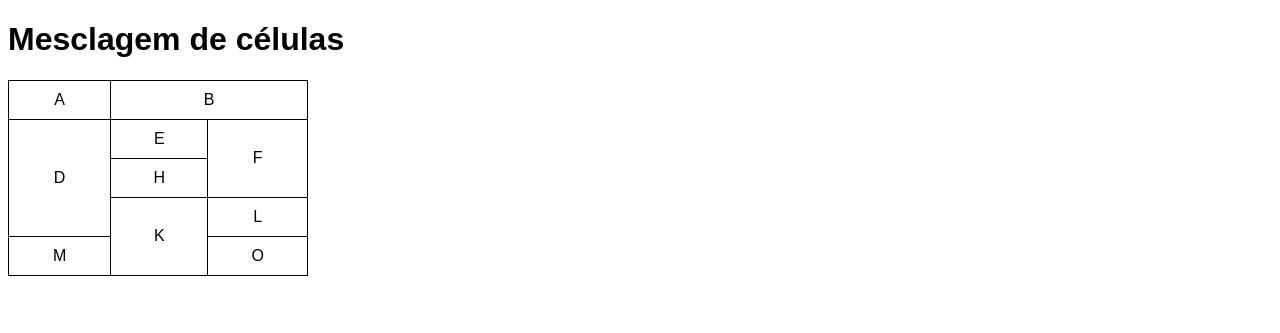
Repository: railsondev/html-css
Page: Módulo3/Exercicios/Ex02 - Tabelas/tabela003.html
The author's editor kept a copy of each file at every save. The page is drawn from the files as they stood at one save, then again after the next save.
The browser window is 1280 px wide. The pictures show the whole page.

Above is the page before, as saved 2024-10-19 21:43:18.

### Módulo3/Exercicios/Ex02 - Tabelas/tabela003.html
<!DOCTYPE html>
<html lang="pt-br">
<head>
  <meta charset="UTF-8">
  <meta name="viewport" content="width=device-width, initial-scale=1.0">
  <title>Tabelas</title>
  <link rel="stylesheet" href="src/css/estilo03.css">
</head>
<body>
  <h1>Mesclagem de células</h1>
  <table>
    <caption>

    </caption>
    <thead>
      <tr>
        <td>A</td>
        <td colspan="2">B</td>
        <!-- <td>C</td> -->
      </tr>
      <tr>
        <td rowspan="3">D</td>
        <td>E</td>
        <td rowspan="2">F</td>
      </tr>
      <tr>
        <!-- <td>G</td> -->
        <td>H</td>
        <!-- <td>I</td> -->
      </tr>
      <tr>
        <!-- <td>J</td> -->
        <td rowspan="2">K</td>
        <td>L</td>
      </tr>
      <tr>
        <td>M</td>
        <!-- <td>N</td> -->
        <td>O</td>
      </tr>
    </thead>
    <tbody>

    </tbody>
    <tfoot>

    </tfoot>
  </table>
</body>
</html>

### Módulo3/Exercicios/Ex02 - Tabelas/src/css/estilo03.css
@charset 'UTF-8';

body {
  font-family: Arial, Helvetica, sans-serif;
}

table {
  border-collapse: collapse;
  width: 300px;
}

td {
  border: 1px solid black;
  padding: 10px;
  text-align: center;
  /* vertical-align: center; */
}

After the next save:
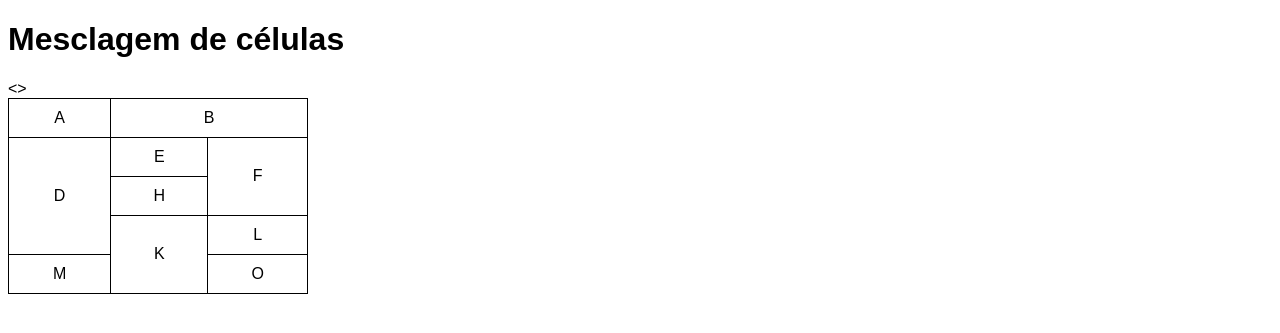
Saved 85 s later.
--- a/Módulo3/Exercicios/Ex02 - Tabelas/tabela003.html
+++ b/Módulo3/Exercicios/Ex02 - Tabelas/tabela003.html
@@ -12,7 +12,7 @@
     <caption>
 
     </caption>
-    <thead>
+    <>
       <tr>
         <td>A</td>
         <td colspan="2">B</td>
@@ -38,13 +38,6 @@
         <!-- <td>N</td> -->
         <td>O</td>
       </tr>
-    </thead>
-    <tbody>
-
-    </tbody>
-    <tfoot>
-
-    </tfoot>
   </table>
 </body>
 </html>
